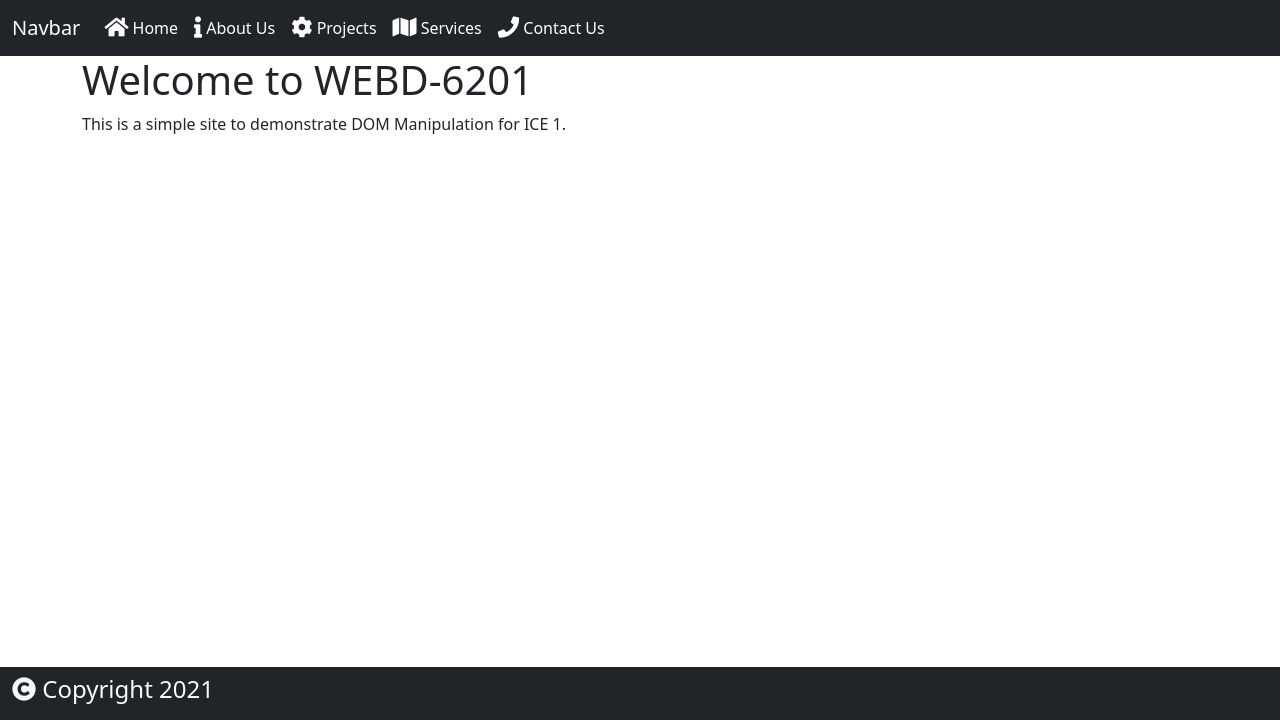
Repository: CKM206/WEBD6201-W2021---ICE1
Page: index.html
An editor plug-in stored every save of this project. The page is shown before and after the next save, followed by the edit.
The browser window is 1280 px wide. The pictures show the whole page.

Above is the page before, as saved 2021-01-20 09:42:57.

### index.html
<!DOCTYPE html>
<html lang="en">
<head>
    <meta charset="UTF-8">
    <meta name="viewport" content="width=device-width, initial-scale=1.0">
    <title>WEBD6201 - W2021 - ICE 1</title>
    <!-- CSS Section -->
    <!-- Inject Bootstrap first, always-->
    <link rel="stylesheet"
    href="./node_modules/bootstrap/dist/css/bootstrap.min.css">
    <!-- Now inject Icon Fonts using Font Awesome-->
    <link rel="stylesheet"
    href="./node_modules/@fortawesome/fontawesome-free/css/all.min.css">
    <!-- Now inject our custom css-->
    <link rel="stylesheet" href="./Content/app.css">
</head>
<body>

    <header>
        <nav class="navbar navbar-expand-lg navbar-dark bg-dark">
            <div class="container-fluid">
              <a class="navbar-brand" href="#">Navbar</a>
              <button class="navbar-toggler" type="button" data-bs-toggle="collapse" data-bs-target="#navbarSupportedContent" aria-controls="navbarSupportedContent" aria-expanded="false" aria-label="Toggle navigation">
                <span class="navbar-toggler-icon"></span>
              </button>
              <div class="collapse navbar-collapse" id="navbarSupportedContent">
                <ul class="navbar-nav me-auto mb-2 mb-lg-0">
                  <li class="nav-item">
                    <a class="nav-link active" aria-current="page" href="#"><i class="fas fa-home fa-lg"></i> Home</a>
                  </li>
                  <li class="nav-item">
                    <a class="nav-link active" aria-current="page" href="#"><i class="fas fa-info fa-lg"></i> About Us</a>
                  </li>
                  <li class="nav-item">
                    <a class="nav-link active" aria-current="page" href="#"><i class="fas fa-cog fa-lg"></i> Projects</a>
                  </li>
                  <li class="nav-item">
                    <a class="nav-link active" aria-current="page" href="#"><i class="fas fa-map fa-lg"></i> Services</a>
                  </li>
                  <li class="nav-item">
                    <a class="nav-link active" aria-current="page" href="#"><i class="fas fa-phone fa-lg"></i> Contact Us</a>
                  </li>
                </ul>
              </div>
            </div>
          </nav>
    </header>

    <main class="container">
        <h1>Welcome to WEBD-6201</h1>
        <p id="paragraphOne"></p>
    </main>

    <!-- Footer Section -->
    <footer>
        <nav class="navbar fixed-bottom navbar-dark bg-dark">
            <div class="container-fluid">
              <h4 class="text-light"><i class="fas fa-copyright text-light"></i> Copyright 2021</h4>
            </div>
          </nav>
    </footer>

    <!--Script Section-->
    <script src="./node_modules/jquery/dist/jquery.min.js"></script>
    <script src="./node_modules/bootstrap/dist/js/bootstrap.bundle.min.js"></script>
    <script src="./Scripts/app.js"></script>
</body>
</html>

### Content/app.css
/* Custom CSS Here */

### Scripts/app.js
/* Custom Javascript Here */
"use strict";   // Indicate that the code should be executed in "strict mode".

// IIFE - Immediately Invoked Function Expression (Anonymous Self-Executing Function)
//-Acts as a Closure, Limits Scope Leak
(function()
{
    function Start()
    {
        console.log("App Started...");

        // This shows different ways of accessing an element; @see index.html <p> on line 51
        //-Each has its own use and solves different problems
        let paragraphOneText = "This is a simple site to demonstrate DOM Manipulation for ICE 1.";
        let paragraphOneElement = document.getElementById("paragraphOne");

        // let aParagraph = document.getElementsByTagName("p")[0];
        // let allParagraphs = document.getElementsByTagName("p");
        // let paragraphOneQuery = document.querySelector("p");
        // let paragraphOneQuerys = document.querySelectorAll("p");

        // Print each variable to the console, see how each one "points" to the same <p> element
        // console.log(paragraphOneElement);
        // console.log(aParagraph);
        // console.log(allParagraphs[0]);
        // console.log(paragraphOneQuery);
        // console.log(paragraphOneQuerys);

        // Assigning values to the textContent of the element we have a reference to
        paragraphOneElement.textContent = paragraphOneText;
        // We can change the style as well...
        //-For the most part its best to use css sheets, but this can be useful when attempting
        //-dynamic effects on the webpage
        //paragraphOneElement.style = "color: blue;";


    }

    window.addEventListener("load", Start);
})();

Loaded but not shown: node_modules/bootstrap/dist/css/bootstrap.min.css (library); node_modules/@fortawesome/fontawesome-free/css/all.min.css (library); node_modules/jquery/dist/jquery.min.js (library); node_modules/bootstrap/dist/js/bootstrap.bundle.min.js (library)

After the next save:
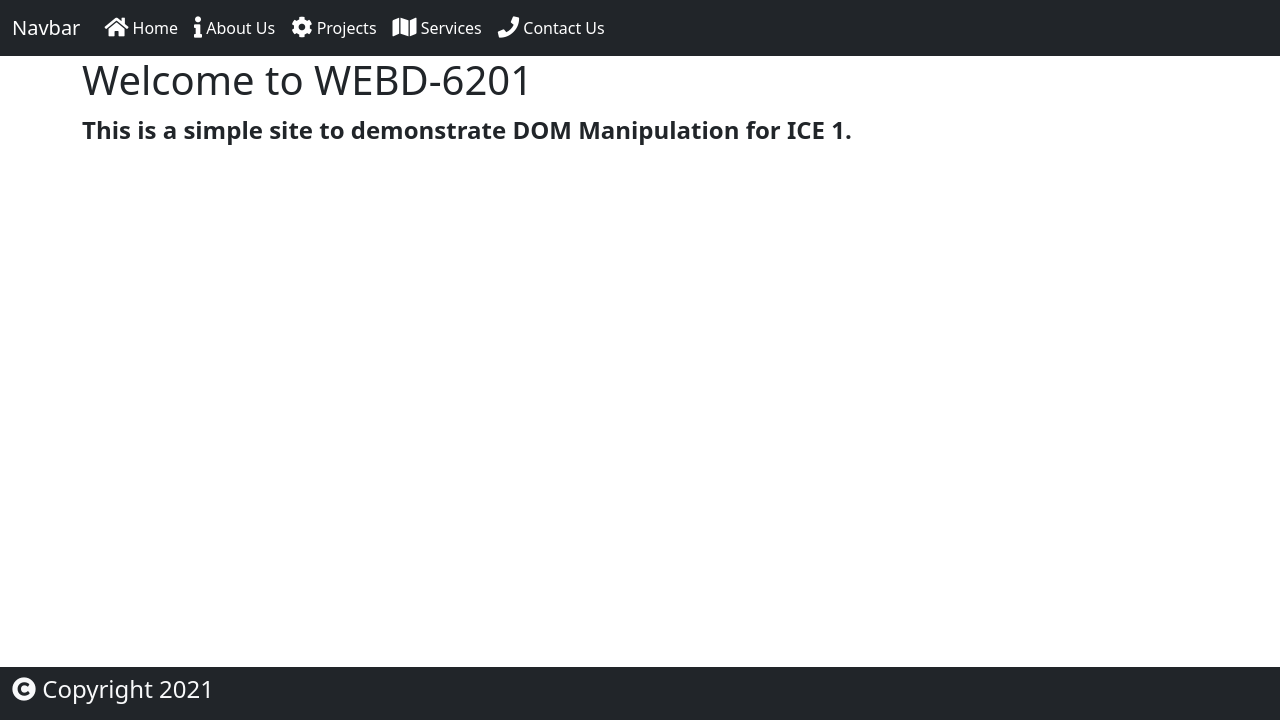
Saved 38 s later.
--- a/Scripts/app.js
+++ b/Scripts/app.js
@@ -28,10 +28,15 @@
 
         // Assigning values to the textContent of the element we have a reference to
         paragraphOneElement.textContent = paragraphOneText;
+
         // We can change the style as well...
+
         //-For the most part its best to use css sheets, but this can be useful when attempting
         //-dynamic effects on the webpage
         //paragraphOneElement.style = "color: blue;";
+
+        // We can change the class of an element as well
+        paragraphOneElement.className = "fs-4 fw-bold";
 
 
     }
